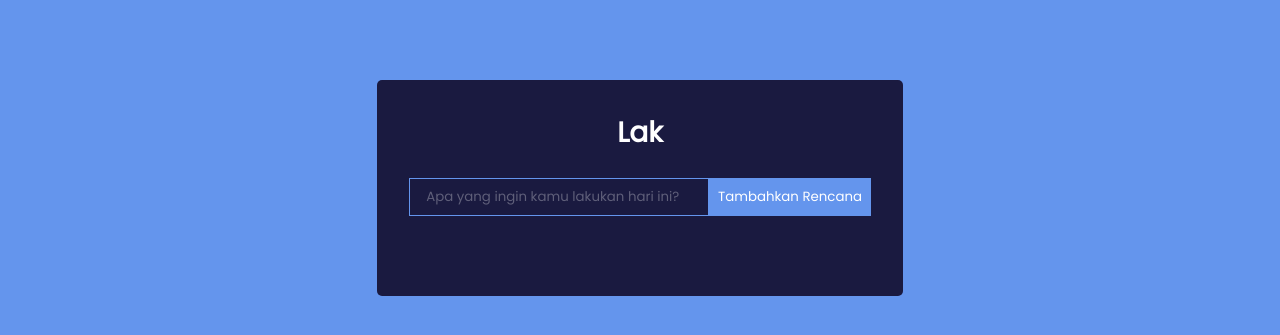
Repository: mfarhannr/Tugas-Reactjs_Farhan
Page: / (app in todolist-app-react-js/)
The author's editor kept a copy of each file at every save. The page is drawn from the files as they stood at one save, then again after the next save.
The browser window is 1280 px wide. The pictures show the whole page.
The project was rebuilt for these pictures with package versions that can differ from the ones it lists, and the page was loaded fresh each time. Also part of the build but not shown: todolist-app-react-js/src/components/Todo.js, todolist-app-react-js/src/components/EditTodoForm.js.

Above is the page before, as saved 2024-05-16 07:35:15.

### todolist-app-react-js/src/App.css
@import url("https://fonts.googleapis.com/css2?family=Poppins&display=swap");

* {
  font-family: "Poppins", sans-serif;
  margin: 0;
  padding: 0;
  box-sizing: border-box;
}

body {
  background: #6495ed;
  display: flex;
  justify-content: center;
  align-items: center;
}

.App {
  text-align: center;
}

h1 {
  color: #fff;
  margin-bottom: 0.5rem;
  font-size: 1.75rem;
}

.TodoWrapper {
  background: #1a1a40;
  margin-top: 5rem;
  padding: 2rem;
  border-radius: 5px;
}

.TodoForm {
  width: 100%;
  margin-bottom: 1rem;
}

.todo-input {
  outline: none;
  background: none;
  border: 1px solid #6495ed;
  padding: 0.5rem 1rem;
  margin-top: 1rem;
  margin-bottom: 2rem;
  width: 300px;
  color: #fff;
}

.todo-input::placeholder {
  color: #ffffff4d;
}

.todo-btn {
  background: #6495ed;
  color: #fff;
  border: none;
  padding: 0.55rem;
  cursor: pointer;
}

.Todo {
  display: flex;
  justify-content: space-between;
  align-items: center;
  background: #6495ed;
  color: #fff;
  padding: 0.75rem 1rem;
  border-radius: 5px;
  margin-bottom: 1rem;
}

.fa-trash {
  margin-left: 0.75rem;
}

.incompleted {
  color: #fff;
  cursor: pointer;
}

.completed {
  color: #c5aeff;
  text-decoration: line-through;
  cursor: pointer;
}

.edit-icon,
.delete-icon {
  cursor: pointer;
}

### todolist-app-react-js/src/components/TodoWrapper.js
import React, { useState } from "react";
import { Todo } from "./Todo";
import { TodoForm } from "./TodoForm";
import { v4 as uuidv4 } from "uuid";
import { EditTodoForm } from "./EditTodoForm";

export const TodoWrapper = () => {
  const [todos, setTodos] = useState([]);

  const addTodo = (todo) => {
    setTodos([
      ...todos,
      { id: uuidv4(), task: todo, completed: false, isEditing: false },
    ]);
  }

  const deleteTodo = (id) => setTodos(todos.filter((todo) => todo.id !== id));

  const toggleComplete = (id) => {
    setTodos(
      todos.map((todo) =>
        todo.id === id ? { ...todo, completed: !todo.completed } : todo
      )
    );
  }

  const editTodo = (id) => {
    setTodos(
      todos.map((todo) =>
        todo.id === id ? { ...todo, isEditing: !todo.isEditing } : todo
      )
    );
  }

  const editTask = (task, id) => {
    setTodos(
      todos.map((todo) =>
        todo.id === id ? { ...todo, task, isEditing: !todo.isEditing } : todo
      )
    );
  };

  return (
    <div className="TodoWrapper">
      <h1>Lak</h1>
      <TodoForm addTodo={addTodo} />
      {/* display todos */}
      {todos.map((todo) =>
        todo.isEditing ? (
          <EditTodoForm editTodo={editTask} task={todo} />
        ) : (
          <Todo
            key={todo.id}
            task={todo}
            deleteTodo={deleteTodo}
            editTodo={editTodo}
            toggleComplete={toggleComplete}
          />
        )
      )}
    </div>
  );
};

### todolist-app-react-js/src/components/TodoForm.js
import React, {useState} from 'react'

export const TodoForm = ({addTodo}) => {
    const [value, setValue] = useState('');

    const handleSubmit = (e) => {
      // prevent default action
        e.preventDefault();
        if (value) {
          // add todo
          addTodo(value);
          // clear form after submission
          setValue('');
        }
      };
  return (
    <form onSubmit={handleSubmit} className="TodoForm">
    <input type="text" value={value} onChange={(e) => setValue(e.target.value)} className="todo-input" placeholder='Apa yang ingin kamu lakukan hari ini?' />
    <button type="submit" className='todo-btn'>Tambahkan Rencana</button>
  </form>
  )
}

Loaded but not shown: todolist-app-react-js/public/index.html (common file); todolist-app-react-js/src/index.js (common file); todolist-app-react-js/src/App.js (common file)

After the next save:
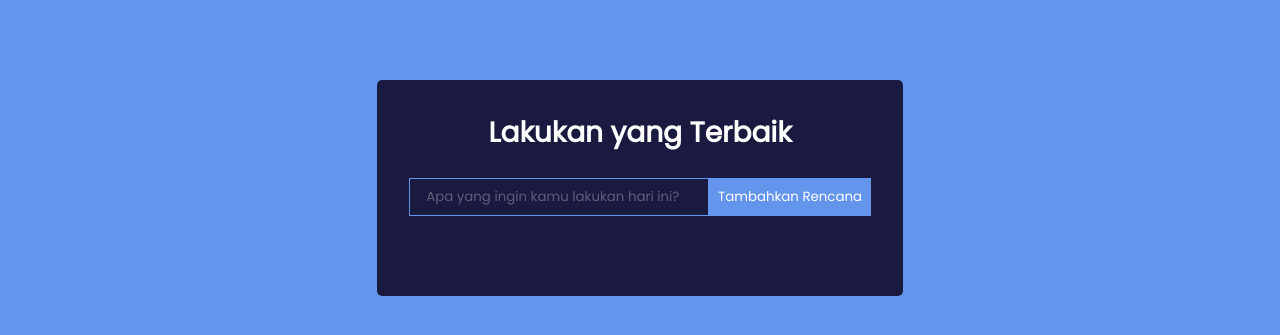
Saved 6 s later.
--- a/todolist-app-react-js/src/components/TodoWrapper.js
+++ b/todolist-app-react-js/src/components/TodoWrapper.js
@@ -42,7 +42,7 @@ export const TodoWrapper = () => {
 
   return (
     <div className="TodoWrapper">
-      <h1>Lak</h1>
+      <h1>Lakukan yang Terbaik</h1>
       <TodoForm addTodo={addTodo} />
       {/* display todos */}
       {todos.map((todo) =>
